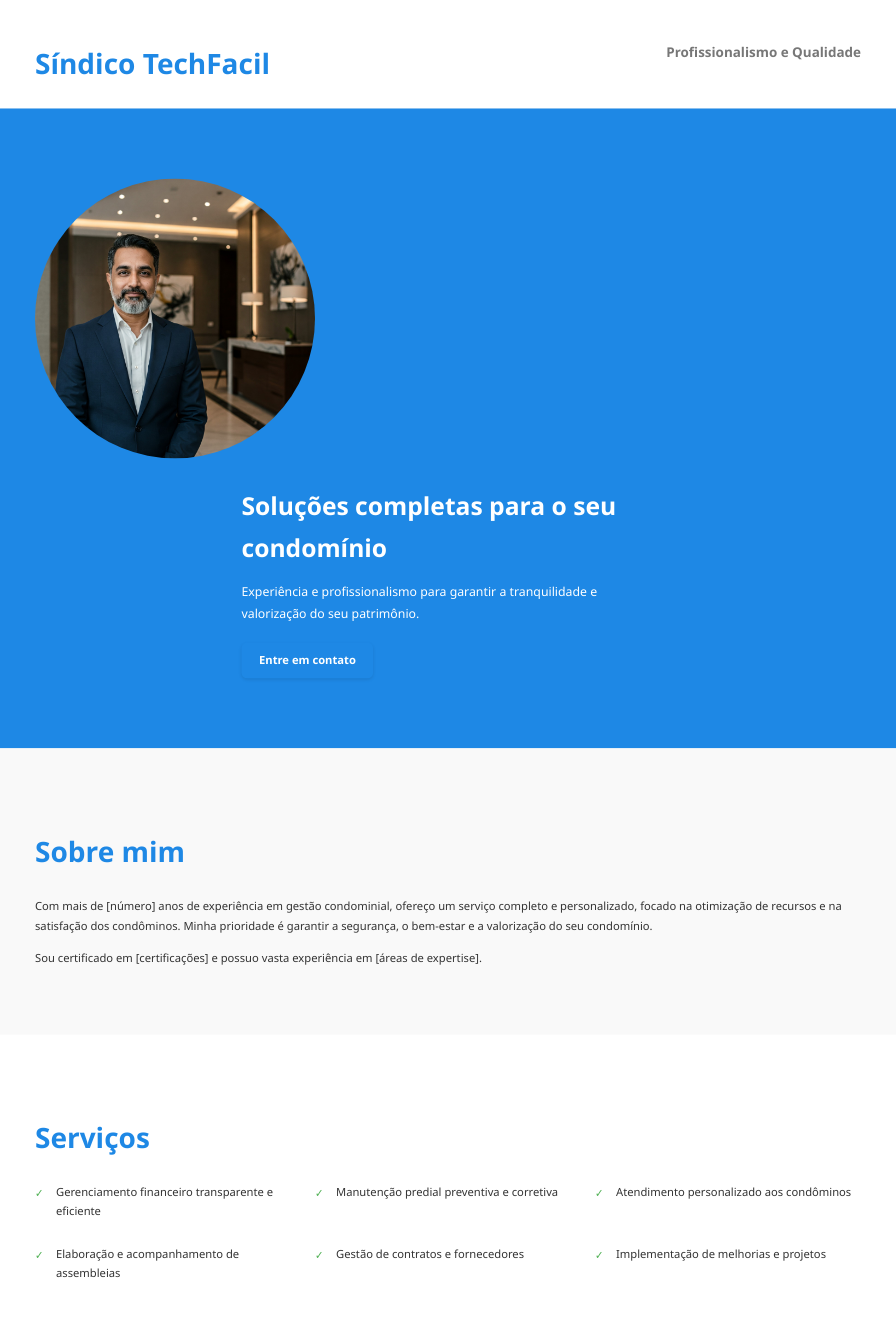
Repository: douglasabnovato/sindico-inteligencia
Page: index.html
These files come from the project's save history. The page is drawn as it stood at one moment and after the next save; the edit follows.
The browser window is 1280 px wide. The pictures show the part of the page from y = 0 to 1920 px (the page is 3347 px tall), at 70% of full size.

Above is the page before, as saved 2025-04-14 09:31:24.

After the next save:
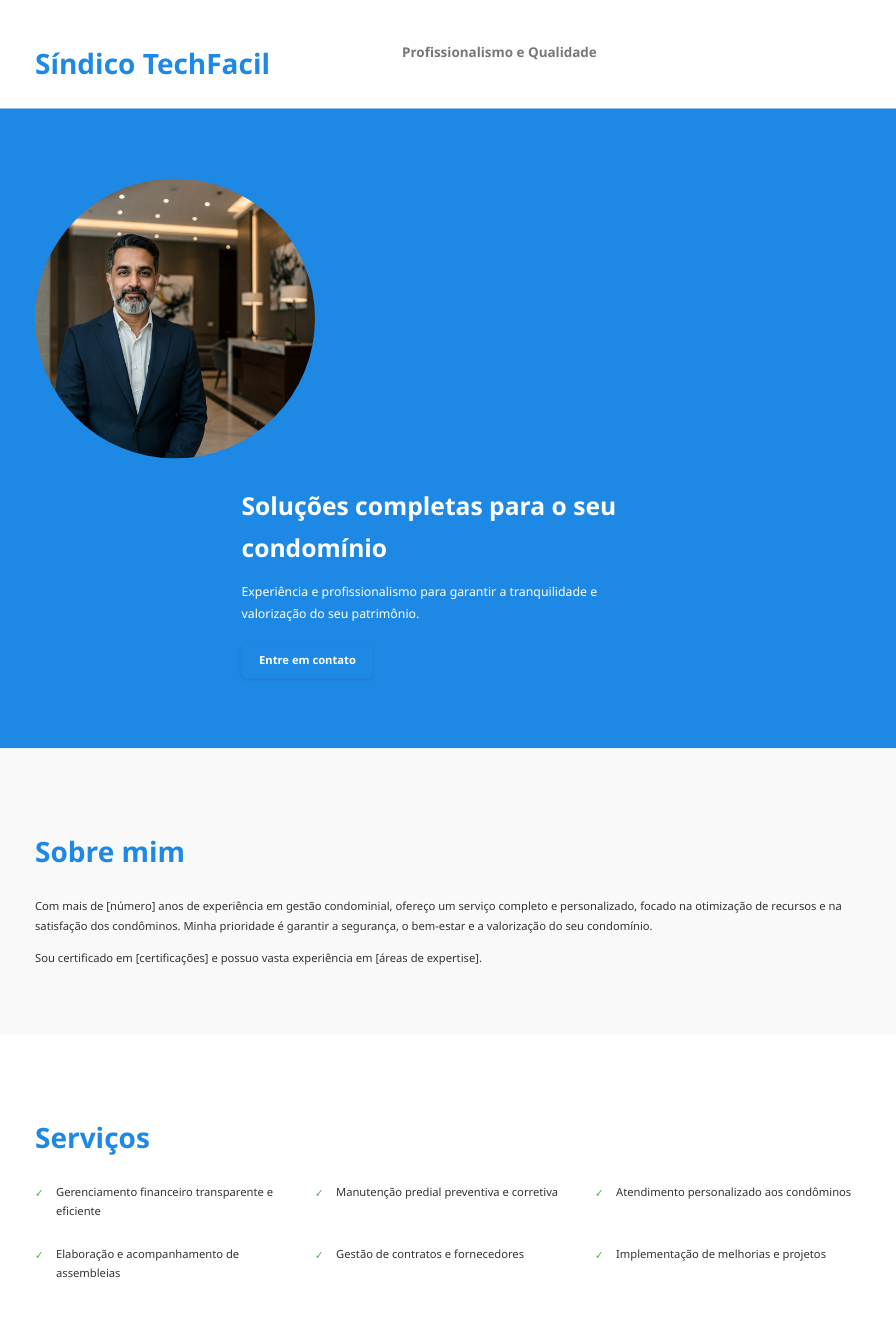
Saved 11 s later.
--- a/index.html
+++ b/index.html
@@ -86,8 +86,6 @@
         /></a>
       </div>
     </footer>
-    <script>
-
-    </script>
+    <script src="./script.js"></script>
   </body>
 </html>
